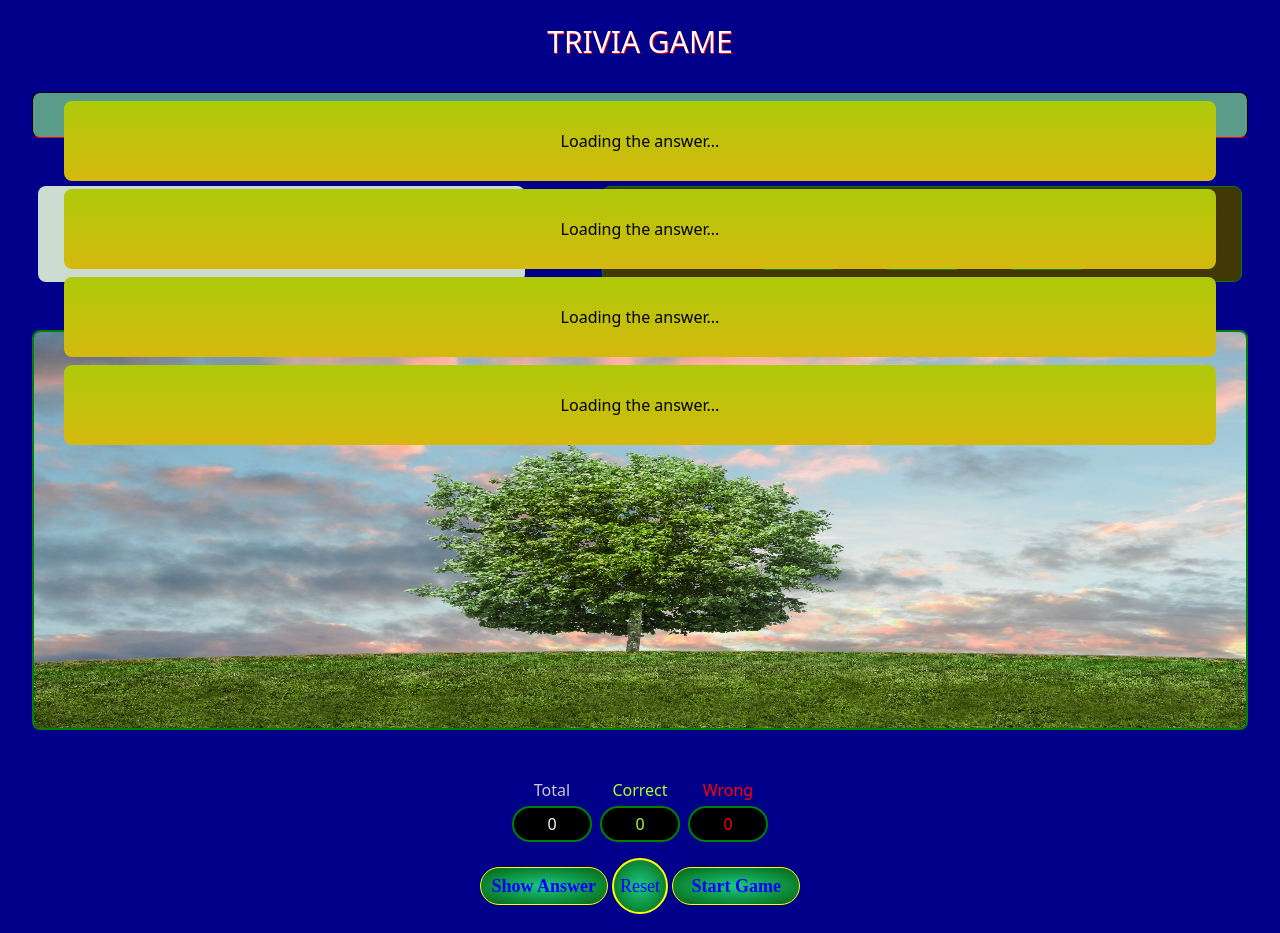
Repository: ShindanoSingi/bembe-trivia
Page: index.html
The author's editor kept a copy of each file at every save. The page is drawn from the files as they stood at one save, then again after the next save.
The browser window is 1280 px wide. The pictures show the whole page.
Some web libraries are served in a nearby version.

Above is the page before, as saved 2022-09-08 01:24:13.

After the next save:
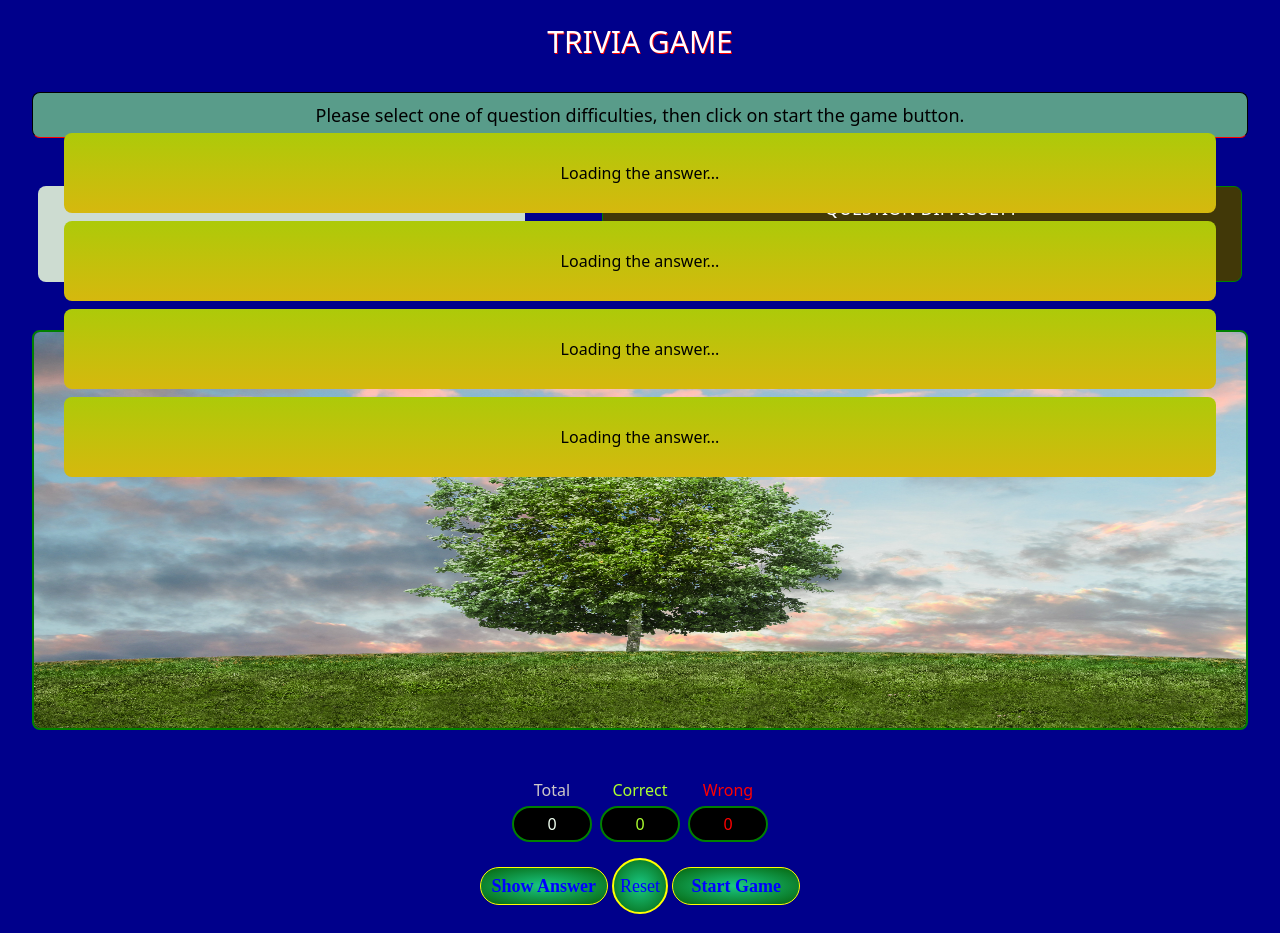
Saved 7 s later.
--- a/index.html
+++ b/index.html
@@ -34,7 +34,7 @@
             </div>
             <div class="imgAndQuestions">
                 <img class="w-[95vw] h-[25rem] mx-auto" src="pexels-skitterphoto-9198.jpg" alt="nature image">
-                <div class="answersButtons absolute md:absolute md:bottom-[17.2rem] bottom-[17.2rem] ml-[5vw] flex space-y-2 items-center  flex-col">
+                <div class="answersButtons absolute md:absolute md:bottom-[15.2rem] bottom-[17.2rem] ml-[5vw] flex space-y-2 items-center  flex-col">
                     <button class="showAnswer w-[90vw] p-1 absolute bottom-[17rem] mx-auto text-sm h-[5rem]">Loading the answer...</button>
                     <button class="response w-[90vw] p-1 text-center text-md h-[5rem]" id="response1">Loading the answer...</button>
                     <button class="response w-[90vw] p-1 text-md h-[5rem]" id="response2">Loading the answer...</button>
